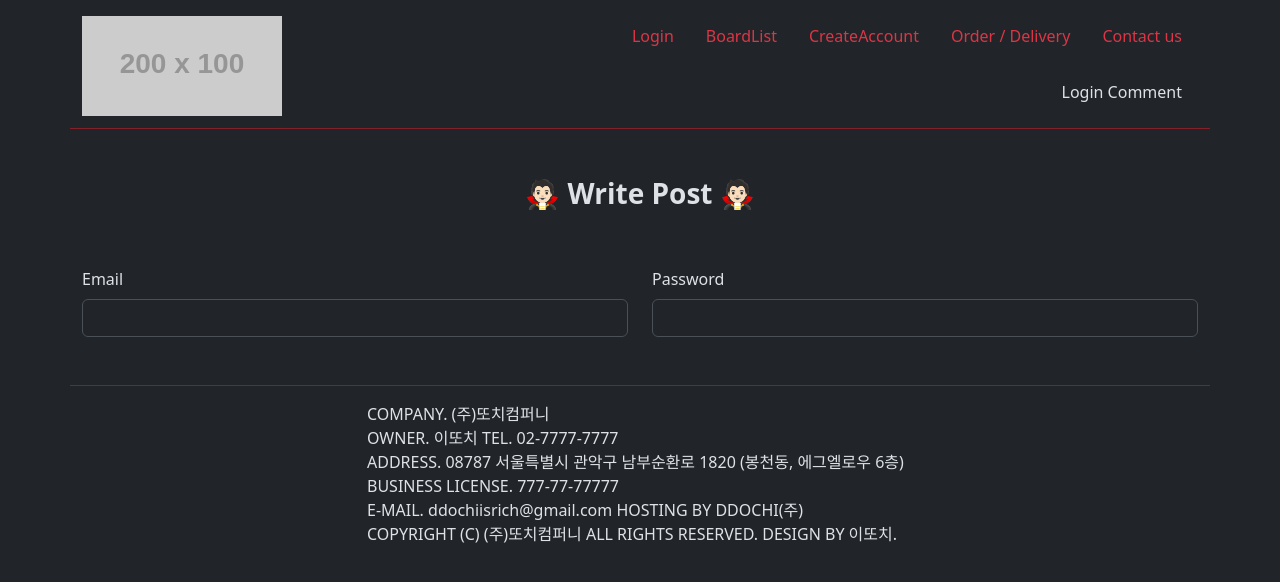
Repository: ddochiisrich/Ddochi-Web
Page: http://localhost/JSPClassCh06/writeForm
An editor plug-in stored every save of this project. The page is shown before and after the next save, followed by the edit.
The browser window is 1280 px wide. The pictures show the whole page.
The page is served by Tomcat 9. Other server files are loaded and not shown.

Above is the page before, as saved 2024-04-11 03:21:06.

### JSPClassCh06/src/main/webapp/WEB-INF/board/writeForm.jsp
<%@ page language="java" contentType="text/html; charset=UTF-8"
	pageEncoding="UTF-8"%>
<%@ page import="java.sql.*"%>
<%@ page import="java.util.*"%>
<%@ page import="com.jspstudy.ch06.vo.*"%>
<%@ taglib prefix="c" uri="http://java.sun.com/jsp/jstl/core"%>

<!DOCTYPE html>
<html lang="ko" data-bs-theme="dark">
<head>
<meta charset="UTF-8">
<meta name="viewport" content="width=device-width, initial-scale=1">
<title>🧛🏻 Board List 🧛🏻</title>
<link href="bootstrap/bootstrap.min.css" rel="stylesheet">
</head>
<body>

	<div class="container">
		<!-- header start -->
		<%@ include file="../pages/header.jsp"%>
		<!-- header end -->
		<div class="row my-5" id="global-content">
			<div class="col">
				<H1 class="text-center fw-bold fs-3">🧛🏻 Write Post 🧛🏻</H1>
			</div>
		</div>
		<form name="writeForm" id="writeForm" action="writeProcess"
			method="post" class="row border-danger">
			<div class="col-md-6">
				<label for="inputEmail4" class="form-label">Email</label>
				<input type="email" class="form-control" id="inputEmail4">
			</div>
			<div class="col-md-6">
				<label for="inputPassword4" class="form-label">Password</label>
				<input type="password" class="form-control" id="inputPassword4">
			</div>
		</form>


		<!-- footer start -->
		<%@ include file="../pages/footer.jsp"%>
		<!-- footer end -->
		<script src="bootstrap/bootstrap.bundle.min.js"></script>
	</div>
</body>
</html>

### JSPClassCh06/src/main/webapp/WEB-INF/pages/header.jsp
<%@ page language="java" contentType="text/html; charset=UTF-8"
    pageEncoding="UTF-8"%>
<!DOCTYPE html>
<html>
<head>
<meta charset="UTF-8">
<title>Insert title here</title>
</head>
<body>
	<div class="row border-bottom border-danger-subtle pt-3">
			<div class="col-4">
				<img
					src="https://via.placeholder.com/200X100/DC3645/ffffff ?Text=Digital.com">️
			</div>
			<div class="col-8">
				<div class="row">
					<div class="col">
						<ul class="nav justify-content-end">
							<li class="nav-item"><a class="nav-link active link-danger"
								aria-current="page" href="#">Login</a></li>
							<li class="nav-item"><a class="nav-link link-danger"
								href="boardList">BoardList</a></li>
							<li class="nav-item"><a class="nav-link link-danger"
								href="#">CreateAccount</a></li>
							<li class="nav-item"><a class="nav-link link-danger"
								href="#">Order / Delivery</a></li>
							<li class="nav-item"><a class="nav-link link-danger"
								href="#">Contact us</a></li>
						</ul>
					</div>
				</div>
				️
				<div class="row">
					<div class="col text-end me-3">Login Comment</div>
				</div>
				️
			</div>
		</div>
</body>
</html>

### JSPClassCh06/src/main/webapp/WEB-INF/pages/footer.jsp
<%@ page language="java" contentType="text/html; charset=UTF-8"
    pageEncoding="UTF-8"%>
<!DOCTYPE html>
<html>
<head>
<meta charset="UTF-8">
<title>Insert title here</title>
</head>
<body>
	<div class="row my-5 border-top border-danger-subtle"
			id="global-footer">
			<!-- footer -->

			<div class="col-3"></div>

			<div class="col-6 text-center py-3">
				<p class="text-start">
					COMPANY. (주)또치컴퍼니<br> OWNER. 이또치 TEL. 02-7777-7777<br>
					ADDRESS. 08787 서울특별시 관악구 남부순환로 1820 (봉천동, 에그엘로우 6층)<br>
					BUSINESS LICENSE. 777-77-77777 <br>
					E-MAIL. ddochiisrich@gmail.com HOSTING BY DDOCHI(주)<br>
					COPYRIGHT (C) (주)또치컴퍼니 ALL RIGHTS RESERVED. DESIGN BY 이또치.<br>
				</p>
				️
			</div>

			<div class="col-3"></div>

		</div>
</body>
</html>

### JSPClassCh06/src/main/java/com/jspstudy/ch06/controller/BoardWriteFormController.java
package com.jspstudy.ch06.controller;

import java.io.IOException;

import javax.servlet.RequestDispatcher;
import javax.servlet.ServletException;
import javax.servlet.annotation.WebServlet;
import javax.servlet.http.HttpServlet;
import javax.servlet.http.HttpServletRequest;
import javax.servlet.http.HttpServletResponse;

@WebServlet("/writeForm")
public class BoardWriteFormController extends HttpServlet {

	@Override
	protected void doGet(HttpServletRequest request, HttpServletResponse response) throws ServletException, IOException {

		RequestDispatcher rd = request.getRequestDispatcher("/WEB-INF/board/writeForm.jsp");
		rd.forward(request, response);
	}



}

Loaded but not shown: JSPClassCh06/src/main/webapp/bootstrap/bootstrap.min.css (library); JSPClassCh06/src/main/webapp/bootstrap/bootstrap.bundle.min.js (library)

After the next save:
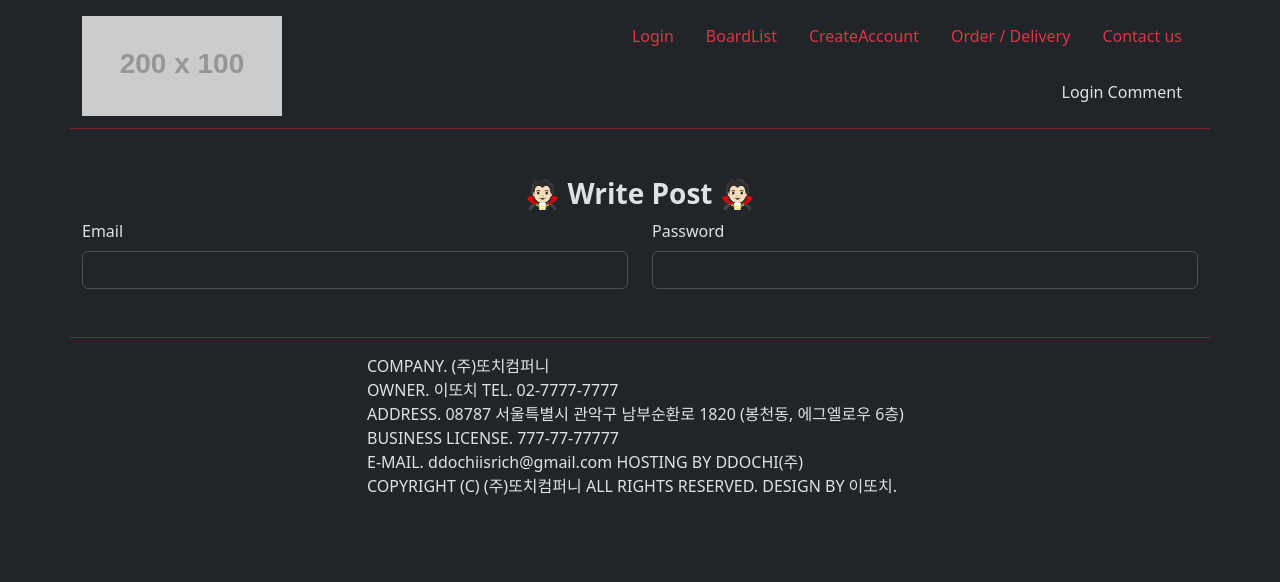
Saved 28 min 19 s later.
--- a/JSPClassCh06/src/main/webapp/WEB-INF/board/writeForm.jsp
+++ b/JSPClassCh06/src/main/webapp/WEB-INF/board/writeForm.jsp
@@ -14,28 +14,34 @@
 <link href="bootstrap/bootstrap.min.css" rel="stylesheet">
 </head>
 <body>
-
 	<div class="container">
 		<!-- header start -->
 		<%@ include file="../pages/header.jsp"%>
 		<!-- header end -->
+
+		<!-- content start -->
 		<div class="row my-5" id="global-content">
 			<div class="col">
-				<H1 class="text-center fw-bold fs-3">🧛🏻 Write Post 🧛🏻</H1>
+				<div class="row">
+					<div class="col">
+						<H1 class="text-center fw-bold fs-3">🧛🏻 Write Post 🧛🏻</H1>
+					</div>
+				</div>
+				<form name="writeForm" id="writeForm" action="writeProcess"
+					method="post" class="row border-danger">
+					<div class="col-md-6">
+						<label for="inputEmail4" class="form-label">Email</label> <input
+							type="email" class="form-control" id="inputEmail4">
+					</div>
+					<div class="col-md-6">
+						<label for="inputPassword4" class="form-label">Password</label> <input
+							type="password" class="form-control" id="inputPassword4">
+					</div>
+				</form>
+
 			</div>
 		</div>
-		<form name="writeForm" id="writeForm" action="writeProcess"
-			method="post" class="row border-danger">
-			<div class="col-md-6">
-				<label for="inputEmail4" class="form-label">Email</label>
-				<input type="email" class="form-control" id="inputEmail4">
-			</div>
-			<div class="col-md-6">
-				<label for="inputPassword4" class="form-label">Password</label>
-				<input type="password" class="form-control" id="inputPassword4">
-			</div>
-		</form>
-
+		<!-- content end -->
 
 		<!-- footer start -->
 		<%@ include file="../pages/footer.jsp"%>
